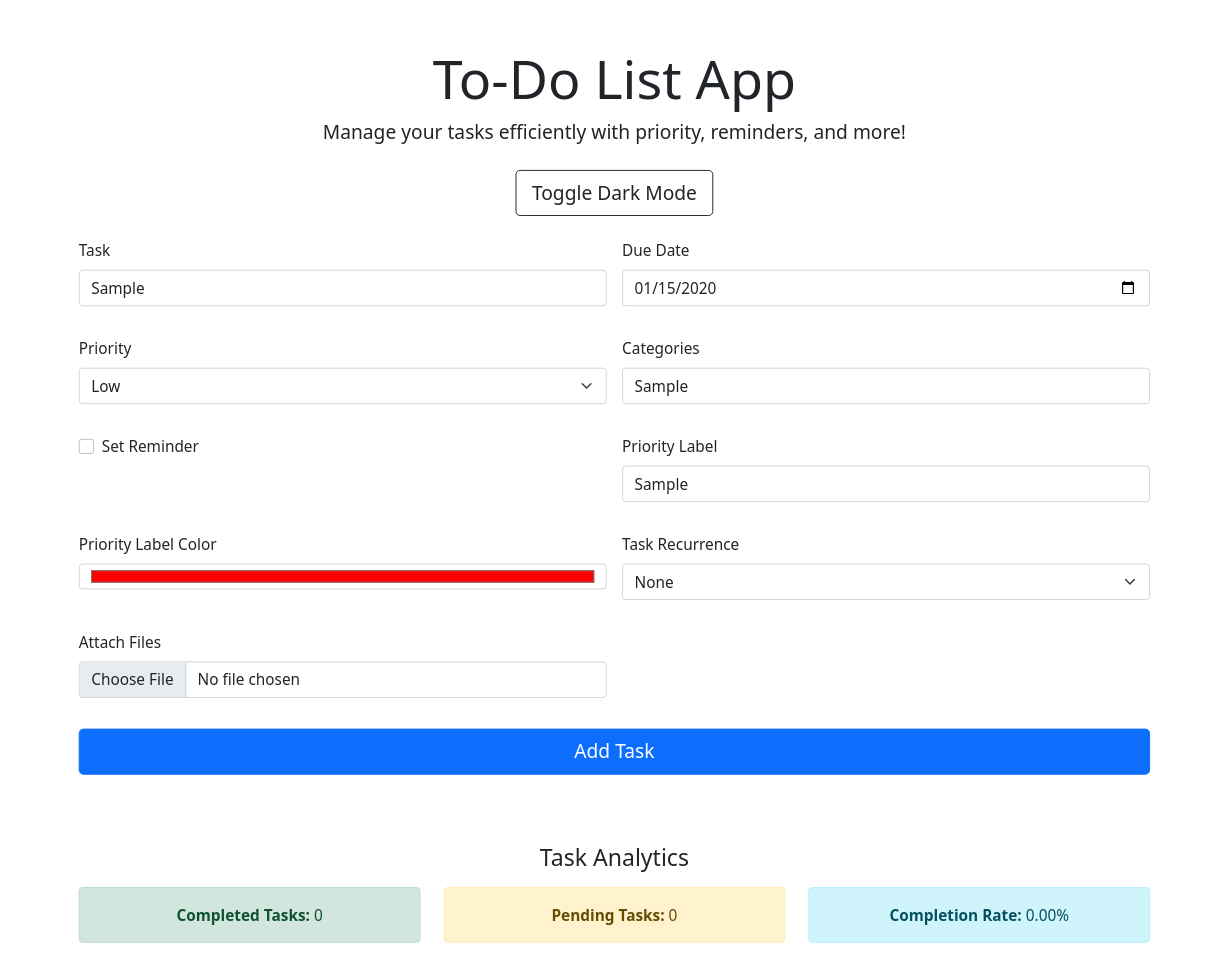
Repository: saniyaacharya04/todo-basic
Page: index.html
The author's editor kept a copy of each file at every save. The page is drawn from the files as they stood at one save, then again after the next save.
The browser window is 1280 px wide. The pictures show the whole page, at 96% of full size.
Empty fields were first filled with sample values (such as "Sample", 5 or name@example.com).
After loading, the first visible `#theme-toggle` was clicked once.

Above is the page before, as saved 2025-05-12 17:56:24.

### index.html
<!DOCTYPE html>
<html lang="en">
<head>
  <meta charset="UTF-8">
  <meta name="viewport" content="width=device-width, initial-scale=1.0">
  <title>To-Do List App</title>
  <!-- Bootstrap CSS -->
  <link href="https://cdn.jsdelivr.net/npm/bootstrap@5.1.3/dist/css/bootstrap.min.css" rel="stylesheet">
</head>
<body>

  <!-- Main container with padding and center alignment -->
  <div class="container mt-5">

    <!-- Header Section -->
    <div class="text-center mb-4">
      <h1 class="display-4">To-Do List App</h1>
      <p class="lead">Manage your tasks efficiently with priority, reminders, and more!</p>
    </div>

    <!-- Theme Toggle Button -->
    <div class="d-flex justify-content-center mb-4">
      <button id="theme-toggle" class="btn btn-outline-dark btn-lg">Toggle Dark Mode</button>
    </div>

    <!-- Add Task Form (Grid Layout for neatness) -->
    <div class="row g-3">
      <div class="col-12 col-md-6">
        <div class="mb-3">
          <label for="task-input" class="form-label">Task</label>
          <input type="text" class="form-control" id="task-input" placeholder="Enter task" required>
        </div>
      </div>

      <div class="col-12 col-md-6">
        <div class="mb-3">
          <label for="due-date" class="form-label">Due Date</label>
          <input type="date" class="form-control" id="due-date">
        </div>
      </div>

      <div class="col-12 col-md-6">
        <div class="mb-3">
          <label for="priority" class="form-label">Priority</label>
          <select class="form-select" id="priority">
            <option value="Low">Low</option>
            <option value="Medium">Medium</option>
            <option value="High">High</option>
          </select>
        </div>
      </div>

      <div class="col-12 col-md-6">
        <div class="mb-3">
          <label for="category" class="form-label">Categories</label>
          <input type="text" class="form-control" id="category" placeholder="Comma-separated categories">
        </div>
      </div>

      <div class="col-12 col-md-6">
        <div class="mb-3 form-check">
          <input type="checkbox" class="form-check-input" id="reminder">
          <label class="form-check-label" for="reminder">Set Reminder</label>
        </div>
      </div>

      <div class="col-12 col-md-6">
        <div class="mb-3">
          <label for="priority-label" class="form-label">Priority Label</label>
          <input type="text" class="form-control" id="priority-label" placeholder="Custom label (e.g., High)">
        </div>
      </div>

      <div class="col-12 col-md-6">
        <div class="mb-3">
          <label for="priority-color" class="form-label">Priority Label Color</label>
          <input type="color" class="form-control" id="priority-color" value="#ff0000">
        </div>
      </div>

      <div class="col-12 col-md-6">
        <div class="mb-3">
          <label for="recurrence" class="form-label">Task Recurrence</label>
          <select class="form-select" id="recurrence">
            <option value="none">None</option>
            <option value="daily">Daily</option>
            <option value="weekly">Weekly</option>
            <option value="monthly">Monthly</option>
          </select>
        </div>
      </div>

      <div class="col-12 col-md-6">
        <div class="mb-3">
          <label for="task-attachment" class="form-label">Attach Files</label>
          <input type="file" class="form-control" id="task-attachment" accept="image/*, .pdf, .docx, .xlsx">
        </div>
      </div>

      <!-- Submit button -->
      <div class="col-12">
        <button class="btn btn-primary btn-lg w-100" id="add-task-btn">Add Task</button>
      </div>
    </div>

    <!-- Task List -->
    <div id="task-list-container" class="mt-5">
      <ul id="task-list" class="list-group list-group-flush"></ul>
    </div>

    <!-- Analytics Section -->
    <div id="task-analytics" class="mt-4">
      <h4 class="text-center mb-3">Task Analytics</h4>
      <div class="row">
        <div class="col-12 col-md-4">
          <div class="alert alert-success text-center">
            <strong>Completed Tasks: </strong><span id="completed-count">0</span>
          </div>
        </div>
        <div class="col-12 col-md-4">
          <div class="alert alert-warning text-center">
            <strong>Pending Tasks: </strong><span id="pending-count">0</span>
          </div>
        </div>
        <div class="col-12 col-md-4">
          <div class="alert alert-info text-center">
            <strong>Completion Rate: </strong><span id="completion-rate">0%</span>
          </div>
        </div>
      </div>
    </div>
  </div>

  <!-- Bootstrap JS and dependencies -->
  <script src="https://cdn.jsdelivr.net/npm/@popperjs/core@2.11.6/dist/umd/popper.min.js"></script>
  <script src="https://cdn.jsdelivr.net/npm/bootstrap@5.1.3/dist/js/bootstrap.min.js"></script>
  <script src="script.js"></script>
</body>
</html>

### script.js
let tasks = JSON.parse(localStorage.getItem("tasks")) || [];

// Theme Toggle
document.getElementById("theme-toggle").addEventListener("click", function () {
  document.body.classList.toggle("dark-mode");
  localStorage.setItem("theme", document.body.classList.contains("dark-mode") ? "dark" : "light");
});

// Save tasks to localStorage
function saveTasks() {
  localStorage.setItem("tasks", JSON.stringify(tasks));
}

// Render tasks and analytics
function renderTasks() {
  const taskList = document.getElementById("task-list");
  taskList.innerHTML = "";

  tasks.forEach((task, index) => {
    const li = document.createElement("li");
    li.className = `list-group-item d-flex flex-column flex-md-row justify-content-between align-items-start align-items-md-center`;

    const left = document.createElement("div");
    left.className = "me-md-3";

    const taskTitle = document.createElement("div");
    taskTitle.innerHTML = `<strong>${task.text}</strong>`;
    if (task.completed) {
      taskTitle.classList.add("task-completed");
    }

    const details = document.createElement("small");
    details.className = "text-muted";
    details.innerHTML = `Due: ${task.dueDate || "N/A"} | Priority: ${task.priorityLabel || task.priority} | Categories: ${task.categories.join(", ")}`;

    if (task.dueDate) {
      const dueDate = new Date(task.dueDate);
      const timeRemaining = dueDate - new Date();
      if (timeRemaining > 0) {
        const hours = Math.floor(timeRemaining / 3600000);
        const minutes = Math.floor((timeRemaining % 3600000) / 60000);
        const seconds = Math.floor((timeRemaining % 60000) / 1000);
        details.innerHTML += `<br><strong>Time Remaining: ${hours}h ${minutes}m ${seconds}s</strong>`;
      }
    }

    left.append(taskTitle, details);

    const right = document.createElement("div");
    right.className = "mt-2 mt-md-0 d-flex gap-2";

    const completeBtn = document.createElement("button");
    completeBtn.className = `btn btn-sm ${task.completed ? "btn-success" : "btn-outline-success"}`;
    completeBtn.textContent = task.completed ? "Done" : "Complete";
    completeBtn.onclick = () => toggleComplete(index);

    const delBtn = document.createElement("button");
    delBtn.className = "btn btn-sm btn-outline-danger";
    delBtn.textContent = "Delete";
    delBtn.onclick = () => deleteTask(index);

    right.append(completeBtn, delBtn);

    li.append(left, right);
    taskList.appendChild(li);
  });

  renderAnalytics();
}

// Render Analytics
function renderAnalytics() {
  const completedTasks = tasks.filter(task => task.completed).length;
  const pendingTasks = tasks.filter(task => !task.completed).length;
  const completionRate = tasks.length > 0 ? (completedTasks / tasks.length) * 100 : 0;

  document.getElementById("completed-count").textContent = completedTasks;
  document.getElementById("pending-count").textContent = pendingTasks;
  document.getElementById("completion-rate").textContent = `${completionRate.toFixed(2)}%`;
}

// Add Task
document.getElementById("add-task-btn").addEventListener("click", () => {
  const taskInput = document.getElementById("task-input");
  const dueInput = document.getElementById("due-date");
  const priorityInput = document.getElementById("priority");
  const categoryInput = document.getElementById("category");
  const reminderInput = document.getElementById("reminder");
  const priorityLabelInput = document.getElementById("priority-label");
  const priorityColorInput = document.getElementById("priority-color");
  const recurrenceInput = document.getElementById("recurrence");
  const attachmentInput = document.getElementById("task-attachment");

  const taskText = taskInput.value.trim();
  const dueDate = dueInput.value;
  const priority = priorityInput.value;
  const categories = categoryInput.value.split(",").map(category => category.trim()).filter(Boolean);
  const reminder = reminderInput.checked;
  const priorityLabel = priorityLabelInput.value.trim();
  const priorityColor = priorityColorInput.value;
  const recurrence = recurrenceInput.value;
  const attachment = attachmentInput.files.length > 0 ? attachmentInput.files[0] : null;

  if (taskText === "") {
    alert("Task text cannot be empty.");
    return;
  }

  tasks.push({
    text: taskText,
    dueDate,
    priority,
    categories,
    reminder,
    priorityLabel,
    priorityColor,
    recurrence,
    attachment,
    completed: false
  });

  saveTasks();
  renderTasks();
});

// Toggle Task Completion
function toggleComplete(index) {
  tasks[index].completed = !tasks[index].completed;
  saveTasks();
  renderTasks();
}

// Delete Task
function deleteTask(index) {
  tasks.splice(index, 1);
  saveTasks();
  renderTasks();
}

// Load Tasks on Page Load
document.addEventListener('DOMContentLoaded', renderTasks);

After the next save:
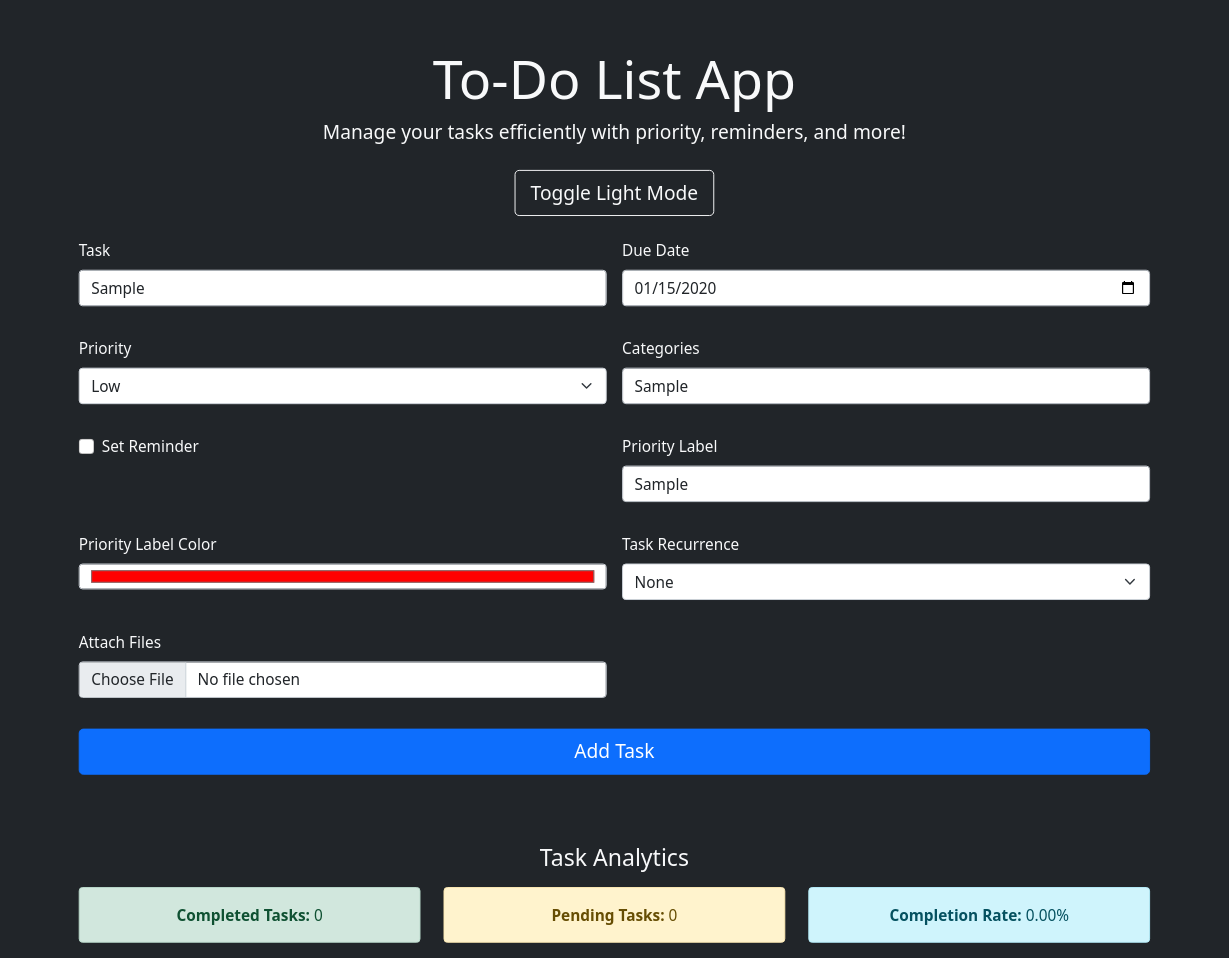
Saved 58 s later.
--- a/index.html
+++ b/index.html
@@ -135,5 +135,20 @@
   <script src="https://cdn.jsdelivr.net/npm/@popperjs/core@2.11.6/dist/umd/popper.min.js"></script>
   <script src="https://cdn.jsdelivr.net/npm/bootstrap@5.1.3/dist/js/bootstrap.min.js"></script>
   <script src="script.js"></script>
+
+  <script>
+    // Dark mode toggle functionality using Bootstrap's utility classes
+    const themeToggleButton = document.getElementById('theme-toggle');
+    const bodyElement = document.body;
+
+    themeToggleButton.addEventListener('click', () => {
+      // Toggle dark mode class on the body element
+      bodyElement.classList.toggle('bg-dark');
+      bodyElement.classList.toggle('text-light');
+      themeToggleButton.classList.toggle('btn-outline-light');
+      themeToggleButton.classList.toggle('btn-outline-dark');
+      themeToggleButton.textContent = bodyElement.classList.contains('bg-dark') ? 'Toggle Light Mode' : 'Toggle Dark Mode';
+    });
+  </script>
 </body>
 </html>
